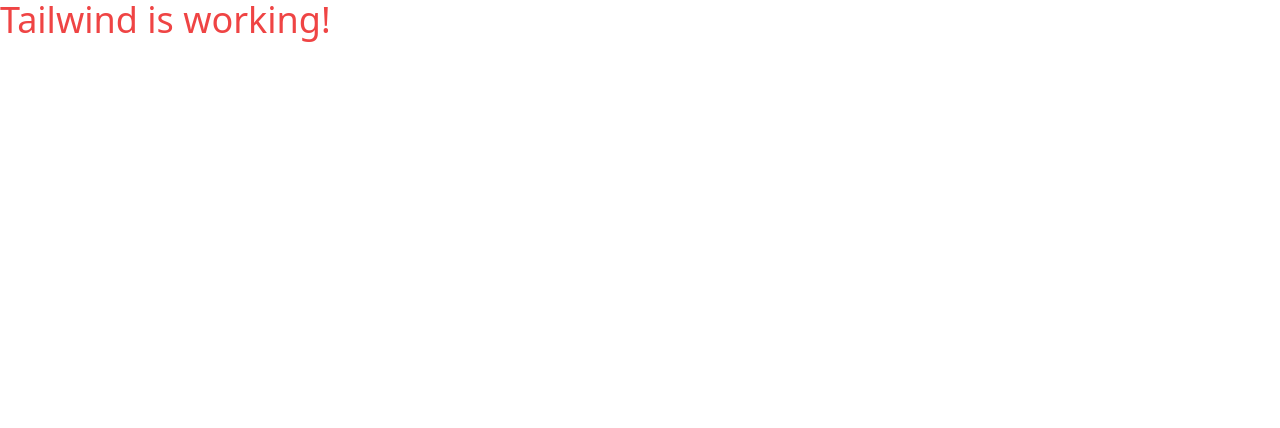
Repository: alokse24b01025/mentalhealth-project-sih-
Page: /chat (app in p1/)
An editor plug-in stored every save of this project. The page is shown before and after the next save, followed by the edit.
The browser window is 1280 px wide. The pictures show the whole page.
The project was rebuilt for these pictures with package versions that can differ from the ones it lists, and the page was loaded fresh each time. Also part of the build but not shown: p1/vite.config.js.

Above is the page before, as saved 2025-09-07 20:47:10.

### p1/src/main.jsx
import React from "react";
import ReactDOM from "react-dom/client";
import App from "./App.jsx";
import "./index.css"; // 👈 Required

ReactDOM.createRoot(document.getElementById("root")).render(
  <React.StrictMode>
    <App />
  </React.StrictMode>
);

### p1/src/App.jsx
export default function App() {
  return (
    <h1 className="text-4xl text-red-500">Tailwind is working!</h1>
  );
}

Loaded but not shown: p1/index.html (common file); p1/src/index.css (common file); p1/tailwind.config.js (common file)

After the next save:
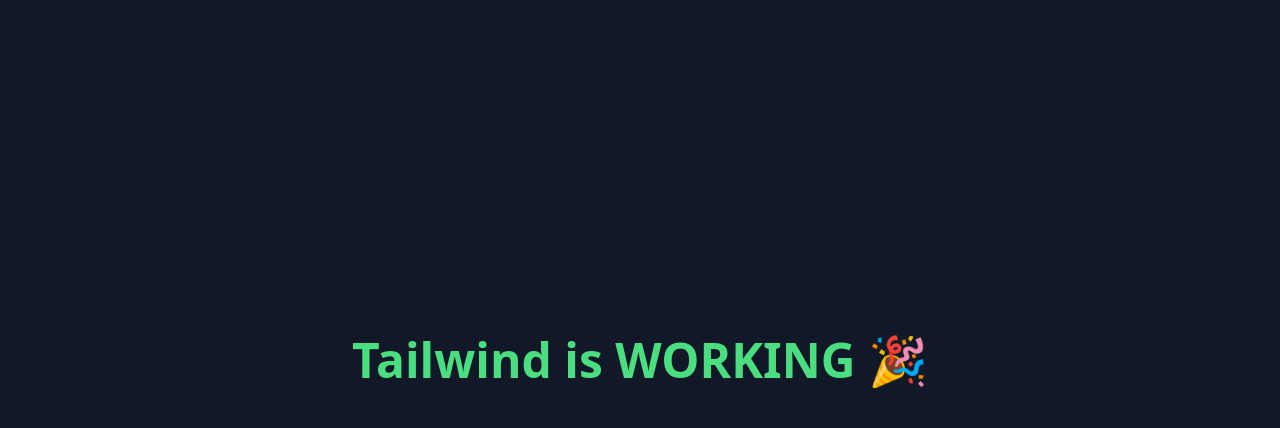
Saved 14 s later.
--- a/p1/src/App.jsx
+++ b/p1/src/App.jsx
@@ -1,5 +1,9 @@
 export default function App() {
   return (
-    <h1 className="text-4xl text-red-500">Tailwind is working!</h1>
+    <div className="flex items-center justify-center h-screen bg-gray-900">
+      <h1 className="text-5xl font-bold text-green-400">
+        Tailwind is WORKING 🎉
+      </h1>
+    </div>
   );
 }
